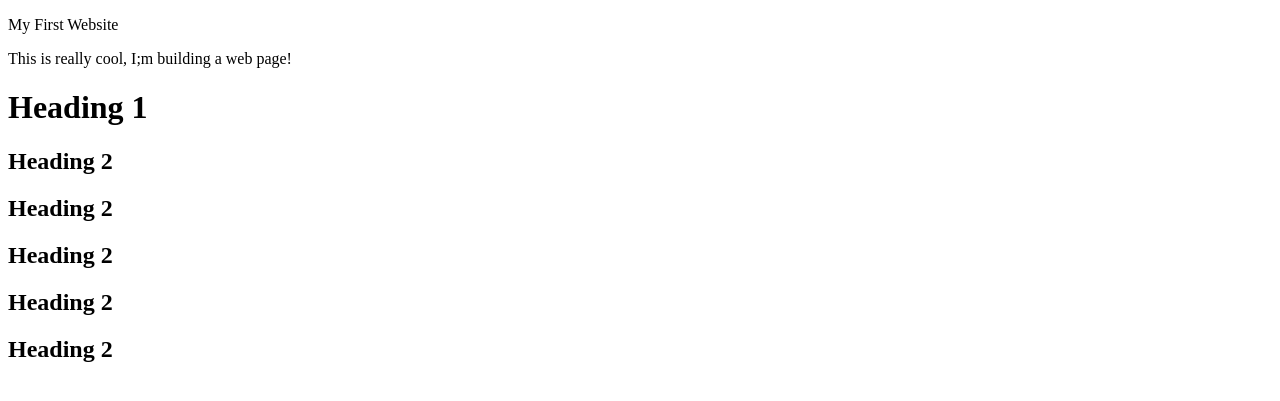
Repository: evemcd/odin_project
Page: my_first_website/index.html
An editor plug-in stored every save of this project. The page is shown before and after the next save, followed by the edit.
The browser window is 1280 px wide. The pictures show the whole page.

Above is the page before, as saved 2022-01-30 09:57:38.

After the next save:
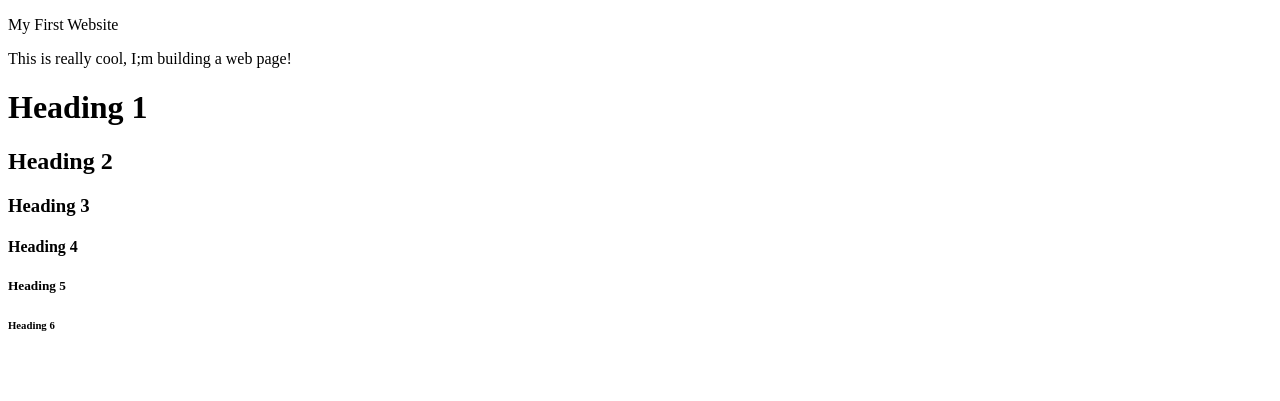
Saved 28 s later.
--- a/my_first_website/index.html
+++ b/my_first_website/index.html
@@ -9,10 +9,10 @@
     <p>This is really cool, I;m building a web page!</p>
     <h1>Heading 1</h1>
     <h2>Heading 2</h2>
-    <h2>Heading 2</h2>
-    <h2>Heading 2</h2>
-    <h2>Heading 2</h2>
-    <h2>Heading 2</h2>
+    <h3>Heading 3</h3>
+    <h4>Heading 4</h4>
+    <h5>Heading 5</h5>
+    <h6>Heading 6</h6>
 
 </body>
 </html>
